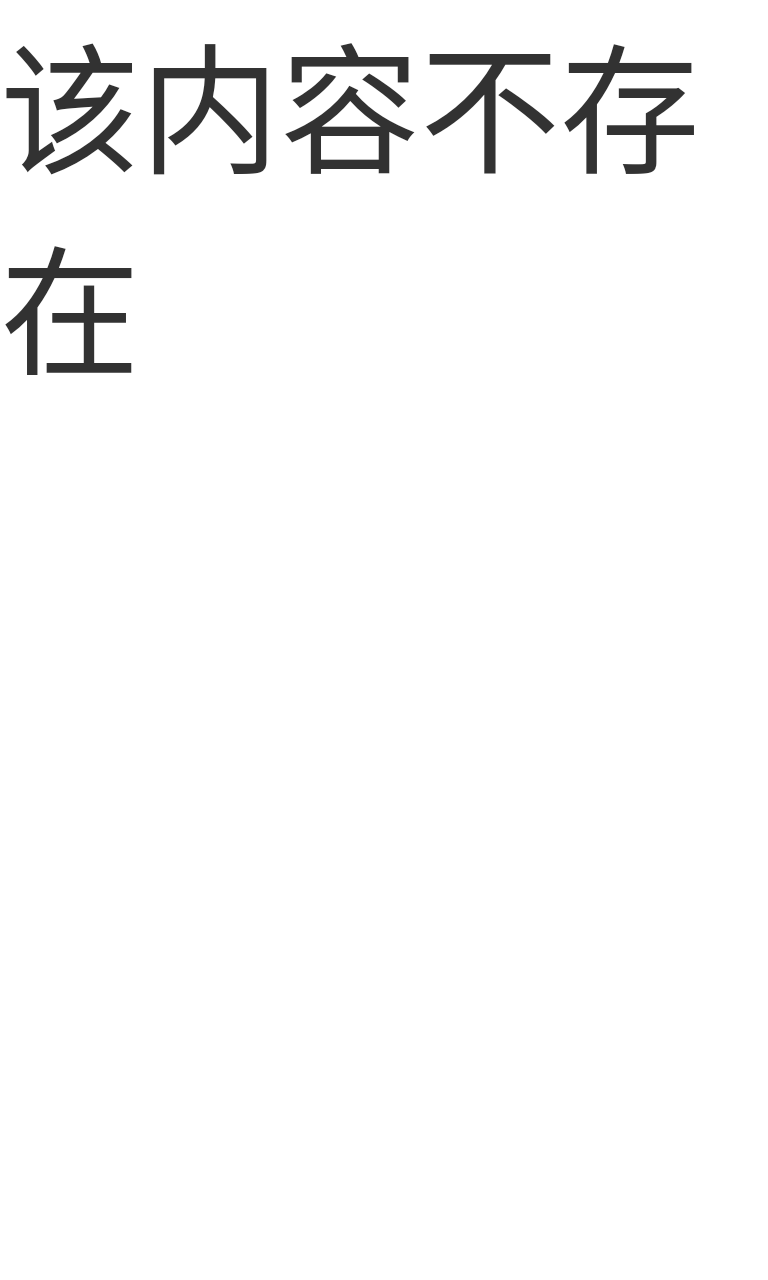
Repository: mrhanliang/Android_4.2
Layout: Fragment/res/layout/right_fragment.xml
These files come from the project's save history. The layout is drawn as it stood at one moment and after the next save; the edit follows.
It is drawn on a 768 x 1280 px phone screen (xhdpi) without system bars, with theme AppTheme; the app's code is not run.

Above is the layout before, as saved 2015-12-16 03:19:02.

### Fragment/res/layout/right_fragment.xml
<?xml version="1.0" encoding="utf-8"?>
<LinearLayout xmlns:android="http://schemas.android.com/apk/res/android"
    android:layout_width="match_parent"
    android:layout_height="match_parent"
    android:orientation="vertical" >

    <TextView
        android:id="@+id/textView1"
        android:layout_height="wrap_content"
        android:layout_width="wrap_content"
        android:text="该内容不存在"
        android:textSize="70dp"
        android:layout_gravity="center_horizontal"/>

</LinearLayout>

Loaded but not shown: Fragment/res/values/styles.xml (common file); Fragment/res/values-v11/styles.xml (common file); Fragment/res/values-v14/styles.xml (common file)

After the next save:
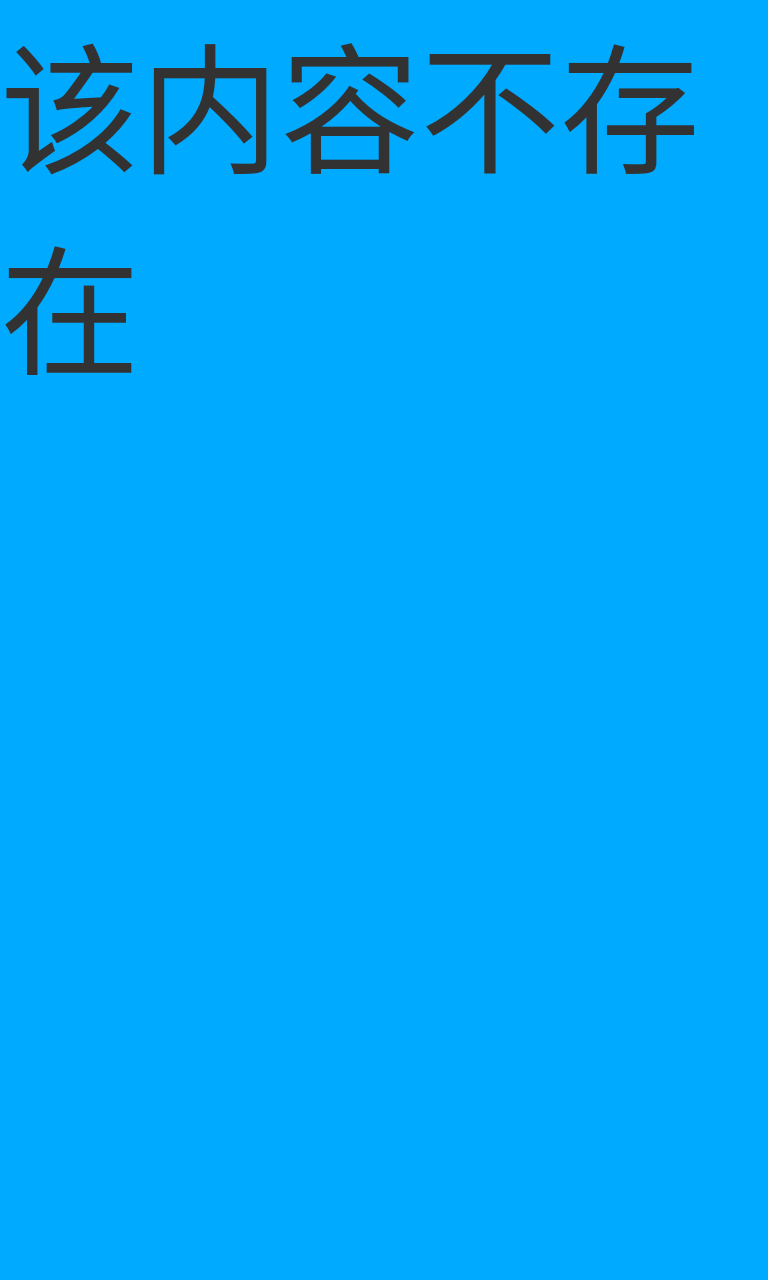
Saved 21 s later.
--- a/Fragment/res/layout/right_fragment.xml
+++ b/Fragment/res/layout/right_fragment.xml
@@ -2,6 +2,7 @@
 <LinearLayout xmlns:android="http://schemas.android.com/apk/res/android"
     android:layout_width="match_parent"
     android:layout_height="match_parent"
+    android:background="#00aaff"
     android:orientation="vertical" >
 
     <TextView
